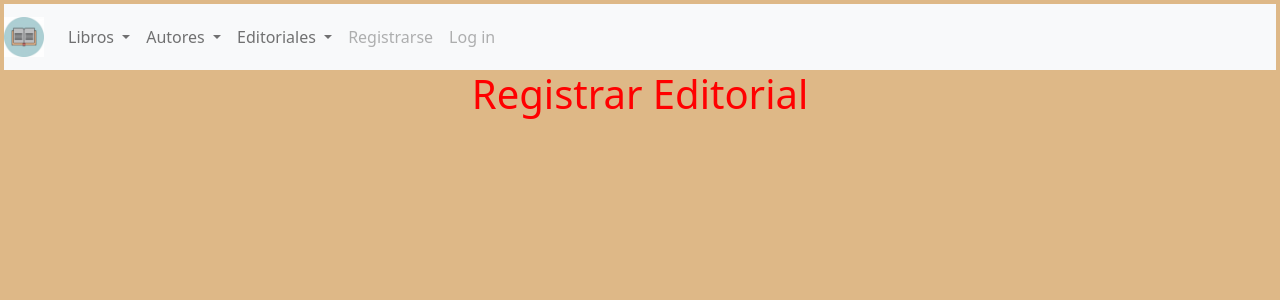
Repository: frnalonso/libreria
Page: src/main/resources/templates/registrarEditorial.html
These files come from the project's save history. The page is drawn as it stood at one moment and after the next save; the edit follows.
The browser window is 1280 px wide. The pictures show the whole page.

Above is the page before, as saved 2021-11-16 10:47:52.

### src/main/resources/templates/registrarEditorial.html
<!doctype html>
<html lang="en">
  <head>
    <!-- Required meta tags -->
    <meta charset="utf-8">
    <meta name="viewport" content="width=device-width, initial-scale=1">

    <!-- Bootstrap CSS -->
    <link href="https://cdn.jsdelivr.net/npm/bootstrap@5.1.3/dist/css/bootstrap.min.css" rel="stylesheet" integrity="sha384-1BmE4kWBq78iYhFldvKuhfTAU6auU8tT94WrHftjDbrCEXSU1oBoqyl2QvZ6jIW3" crossorigin="anonymous">
    <link rel="stylesheet" href="/css/index.css"/>
    <title>Inicio</title>

  </head>
  <body class="p-1 text-white">
    <nav class="navbar navbar-expand-lg navbar-light bg-light">
        <a class="navbar-brand" href="/" ><img src="/images/icono_libreria2.jpg" width="40px" alt=""></a>
        <button class="navbar-toggler" type="button" data-toggle="collapse" data-target="#navbarNavAltMarkup" aria-controls="navbarNavAltMarkup" aria-expanded="false" aria-label="Toggle navigation">
          <span class="navbar-toggler-icon"></span>
        </button>
        <div class="collapse navbar-collapse" id="navbarNavAltMarkup">
          <div class="navbar-nav">
            <li class="nav-item dropdown">
              <a class="nav-link dropdown-toggle" href="#" id="navbarDropdown" role="button" data-bs-toggle="dropdown" aria-expanded="false">
                Libros
              </a>
              <ul class="dropdown-menu" aria-labelledby="navbarDropdown">
                <li><a class="dropdown-item" href="/registro">Registrar Libro</a></li>
                <li><a class="dropdown-item" href="/mostrar">Ver Libros</a></li>
              </ul>
            </li>
            <li class="nav-item dropdown">
              <a class="nav-link dropdown-toggle" href="#" id="navbarDropdown" role="button" data-bs-toggle="dropdown" aria-expanded="false">
                Autores
              </a>
              <ul class="dropdown-menu" aria-labelledby="navbarDropdown">
                <li><a class="dropdown-item" href="/autor/registrarAutor">Registrar Autor</a></li>
                <li><a class="dropdown-item" href="/autor/mostrarAutores">Ver Autores</a></li>
              </ul>
            </li>
            <li class="nav-item dropdown">
              <a class="nav-link dropdown-toggle" href="#" id="navbarDropdown" role="button" data-bs-toggle="dropdown" aria-expanded="false">
                Editoriales
              </a>
              <ul class="dropdown-menu" aria-labelledby="navbarDropdown">
                <li><a class="dropdown-item" href="/editorial/registrarEditorial">Registrar Editorial</a></li>
                <li><a class="dropdown-item" href="/editorial/mostrarEditoriales">Ver Editoriales</a></li>
              </ul>
            </li>
            <a class="nav-item nav-link disabled" href="Log in">Registrarse</a>
            <a class="nav-item nav-link disabled" href="Log in">Log in</a>
          </div>
        </div>
      </nav>

      <h1>Registrar Editorial</h1>

    <!-- Optional JavaScript; choose one of the two! -->

    <!-- Option 1: Bootstrap Bundle with Popper -->
    <script src="https://cdn.jsdelivr.net/npm/bootstrap@5.1.3/dist/js/bootstrap.bundle.min.js" integrity="sha384-ka7Sk0Gln4gmtz2MlQnikT1wXgYsOg+OMhuP+IlRH9sENBO0LRn5q+8nbTov4+1p" crossorigin="anonymous"></script>

    <!-- Option 2: Separate Popper and Bootstrap JS -->
    <!--
    <script src="https://cdn.jsdelivr.net/npm/@popperjs/core@2.10.2/dist/umd/popper.min.js" integrity="sha384-7+zCNj/IqJ95wo16oMtfsKbZ9ccEh31eOz1HGyDuCQ6wgnyJNSYdrPa03rtR1zdB" crossorigin="anonymous"></script>
    <script src="https://cdn.jsdelivr.net/npm/bootstrap@5.1.3/dist/js/bootstrap.min.js" integrity="sha384-QJHtvGhmr9XOIpI6YVutG+2QOK9T+ZnN4kzFN1RtK3zEFEIsxhlmWl5/YESvpZ13" crossorigin="anonymous"></script>
    -->
  </body>
</html>

### src/main/resources/static/css/index.css
body {
    background-color:burlywood;
}

h1 {
    color: red;
    text-align: center;
}

img {
    display:block;
    margin:auto;
}

### src/main/resources/static/css/registrar.css
body {
    background-color:burlywood;
}

h2 {
    color: red;
    text-align: center;
}

img {
    display:block;
    margin:auto;
}

.content {
    margin: 0 auto;
    width: 250px;
}

After the next save:
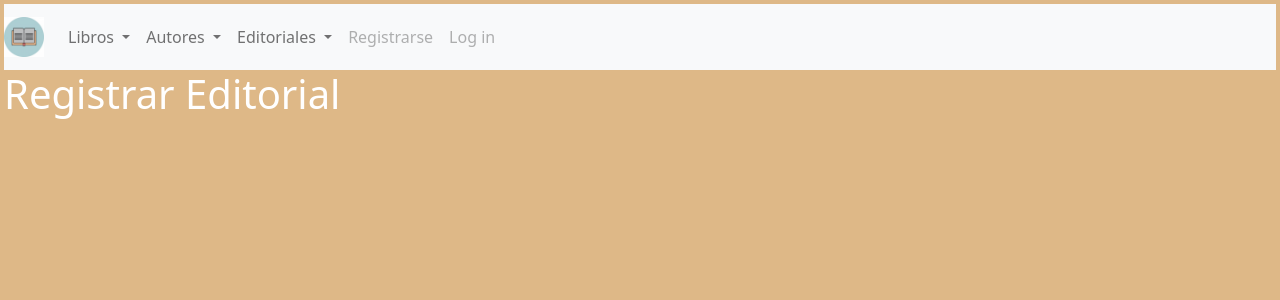
Saved 18 s later.
--- a/src/main/resources/templates/registrarEditorial.html
+++ b/src/main/resources/templates/registrarEditorial.html
@@ -7,7 +7,7 @@
 
     <!-- Bootstrap CSS -->
     <link href="https://cdn.jsdelivr.net/npm/bootstrap@5.1.3/dist/css/bootstrap.min.css" rel="stylesheet" integrity="sha384-1BmE4kWBq78iYhFldvKuhfTAU6auU8tT94WrHftjDbrCEXSU1oBoqyl2QvZ6jIW3" crossorigin="anonymous">
-    <link rel="stylesheet" href="/css/index.css"/>
+    <link rel="stylesheet" href="/css/registrar.css"/>
     <title>Inicio</title>
 
   </head>
